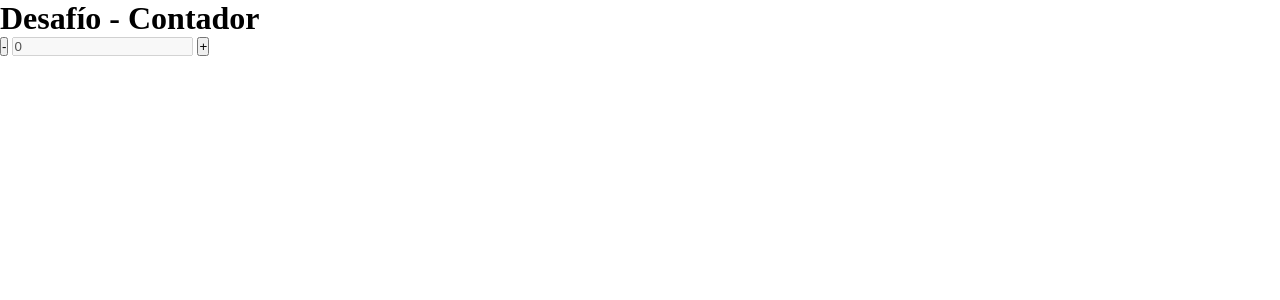
Repository: r-urchi/vue-coderhouse
Page: index.html
These files come from the project's save history. The page is drawn as it stood at one moment and after a run of saves; the edit follows.
The browser window is 1280 px wide. The pictures show the whole page.
The style sheet was rebuilt from its Sass, Less or Tailwind sources for each picture, by a compiler version that may differ from the author's.

Above is the page before, as saved 2021-11-13 10:52:45.

After the next 4 saves:
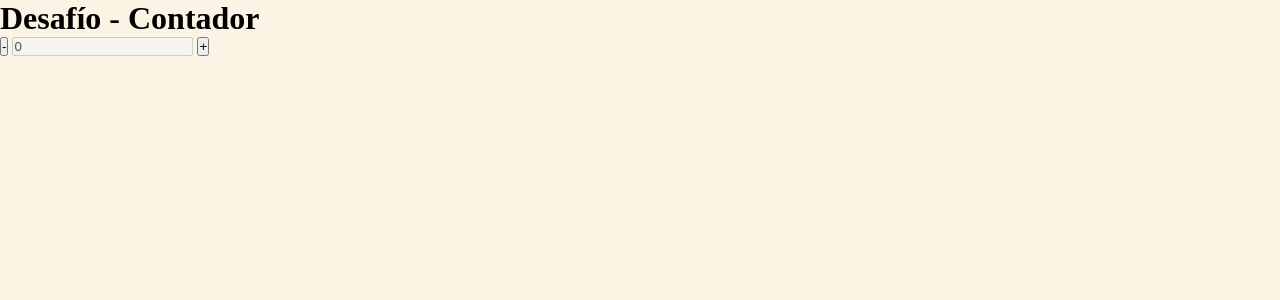
The 4 saves are shown as one change because they came seconds apart.
The last was saved 2 min 32 s later.
--- a/css/_basic.sass
+++ b/css/_basic.sass
@@ -2,3 +2,6 @@
     margin: 0
     padding: 0
     box-sizing: border-box
+
+body
+    background: #FBF3E4
